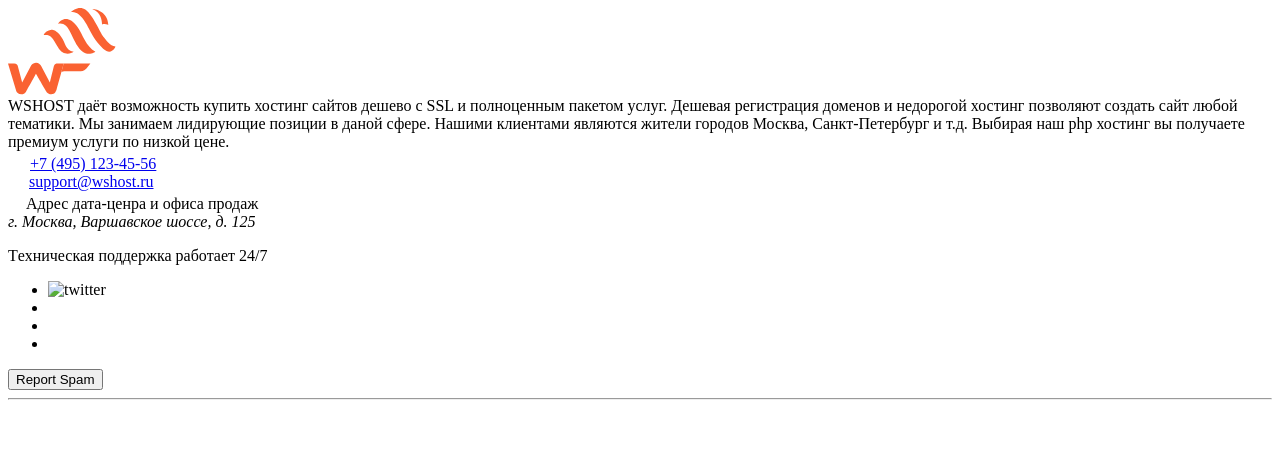
Repository: Inzhir2022/hosting
Page: src/_includes/_footer.html
The author's editor kept a copy of each file at every save. The page is drawn from the files as they stood at one save, then again after the next save.
The browser window is 1280 px wide. The pictures show the whole page.

Above is the page before, as saved 2022-07-18 07:34:13.

### src/_includes/_footer.html
<footer class="footer">
  <div class="container">
    <div class="footer__logo logo">
      <a href="#" class="logo__link">
        <img src="../img/logo.svg" alt="hosting logo">
      </a>
    </div>
    <div class="footer__minitext minitext">
      WSHOST даёт возможность купить хостинг сайтов дешево с SSL и полноценным пакетом услуг. Дешевая регистрация доменов и недорогой хостинг позволяют создать сайт любой тематики. Мы занимаем лидирующие позиции в даной сфере. Нашими клиентами являются жители городов Москва, Санкт-Петербург и т.д. Выбирая наш php хостинг вы получаете премиум услуги по низкой цене.
    </div>
    <div class="footer__contacts">
      <div class="footer__phone phone">
        <span class="footer__icon"><img src="../img/phone.svg" alt="phone icon">
        </span>
        <a href="tel:84951234556" class="footer__link">+7 (495) 123-45-56</a>
      </div>
      <div class="footer__mail email">
        <span class="footer__icon"><img src="../img/mail.svg" alt="mail icon"></span></a>
        <a href="mailto:support@wshost.ru" class="footer__link">support@wshost.ru</a>
      </div>
      <div class="footer__address address">
        <span class="footer__icon"><img src="../img/address.svg" alt="mail icon"></span></a>
        Адрес дата-ценра и офиса продаж
        <address>г. Москва, Варшавское шоссе, д. 125</address>
      </div>
      <p>Tехническая поддержка работает 24/7</p>
    </div>
    <div class="footer__social">
      <ul class="footer__social-list">
        <li class="footer__social-item"><img src="" alt="twitter"></li>
        <li class="footer__social-item"></li>
        <li class="footer__social-item"></li>
        <li class="footer__social-item"></li>
      </ul>
    </div>
    <button class="btn btn_small footer__btn">Report Spam</button>
    <nav class="footer__menu-about"></nav>
    <nav class="footer__menu-services"></nav>
    <hr class="footer__hr">
    <div class="footer__copyrights"></div>
    <div class="footer__policy"></div>
  </div>
</footer>

After the next save:
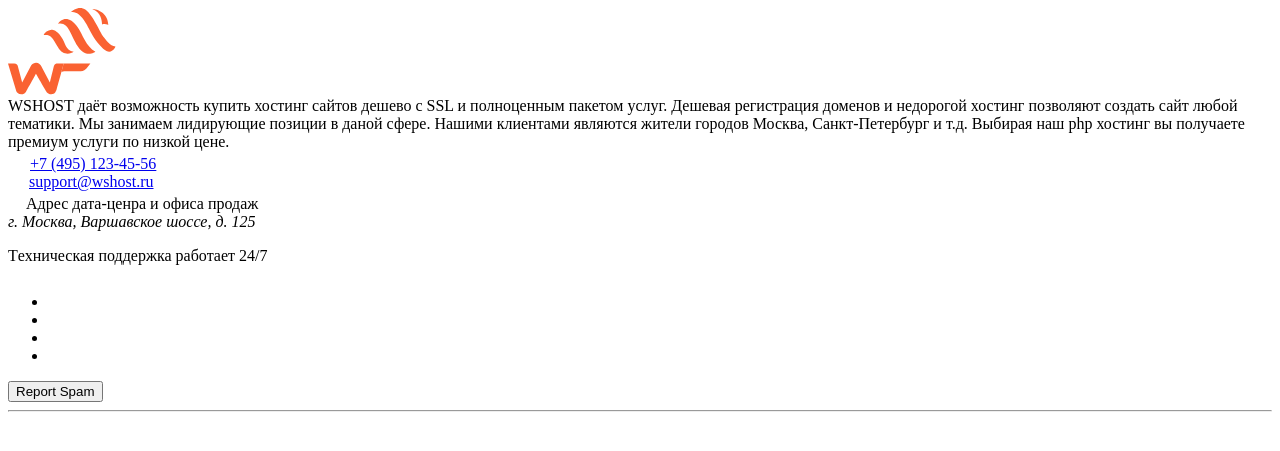
Saved 38 s later.
--- a/src/_includes/_footer.html
+++ b/src/_includes/_footer.html
@@ -27,7 +27,7 @@
     </div>
     <div class="footer__social">
       <ul class="footer__social-list">
-        <li class="footer__social-item"><img src="" alt="twitter"></li>
+        <li class="footer__social-item"><a href="#"><img src="../img/twitter.svg" alt="twitter"></a></li>
         <li class="footer__social-item"></li>
         <li class="footer__social-item"></li>
         <li class="footer__social-item"></li>
